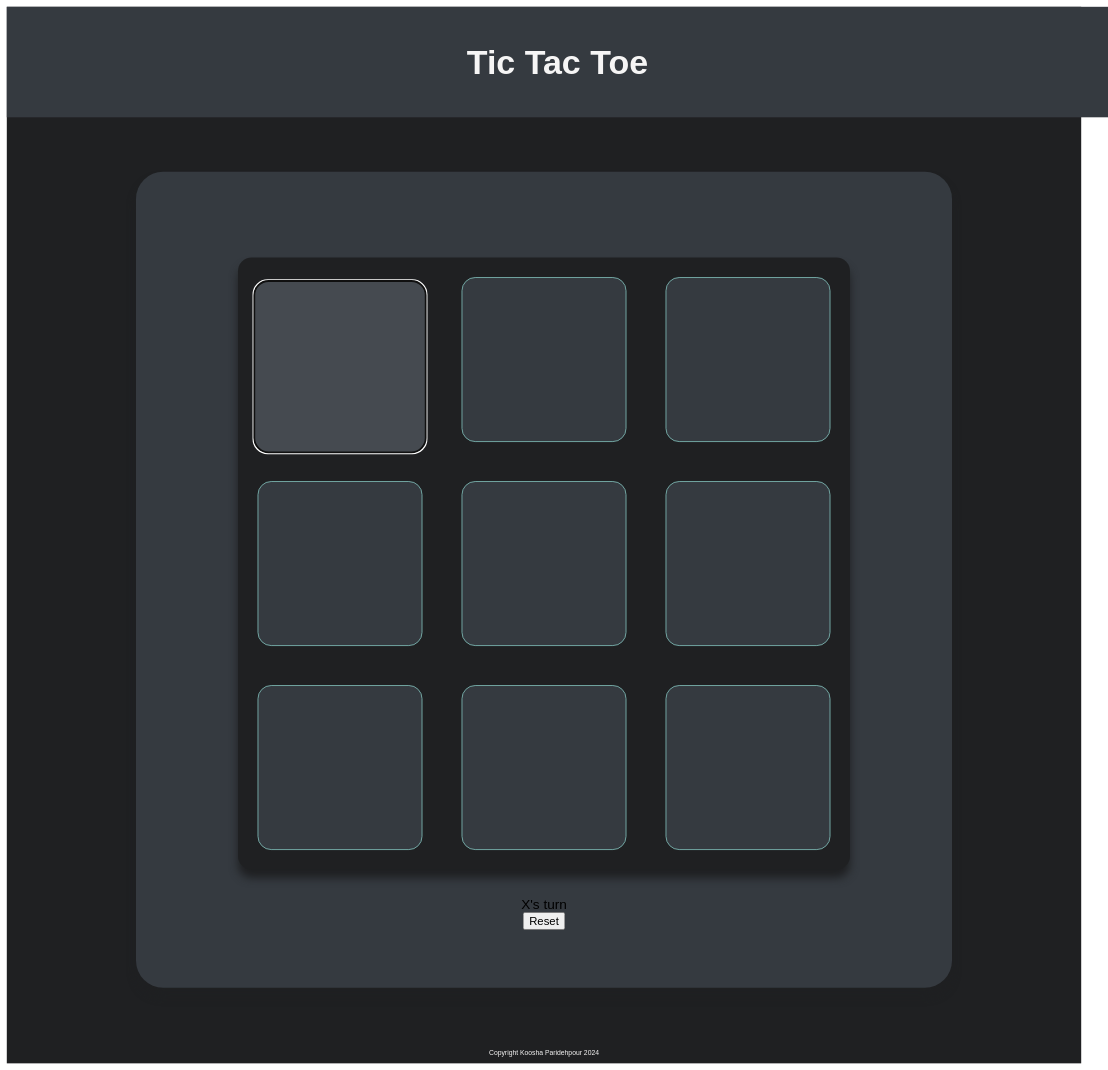
Repository: KooshaPari/odin-TTT
Page: index.html
The author's editor kept a copy of each file at every save. The page is drawn from the files as they stood at one save, then again after the next save.
The browser window is 1280 px wide. The page is 1304 px wide, so the pictures cover 1304 px, including what lies to the right of the window. The pictures show the whole page, at 85% of full size.
The first visible `.square` has the focus.

Above is the page before, as saved 2024-03-14 23:08:32.

### index.html
<!doctype html>
<html lang="en">
  <head>
    <meta charset="UTF-8" />

    <link rel="stylesheet" href="./style.css" />
    <meta name="viewport" content="width=device-width, initial-scale=1.0" />
    <title>Document</title>
  </head>
  <body>
    <div id="parent">
      <div id="header">
        <h1>Tic Tac Toe</h1>
      </div>
      <div id="body">
        <div id="game">
          <div id="board">
            <div class="square" id="0"></div>
            <div class="square" id="1"></div>
            <div class="square" id="2"></div>
            <div class="square" id="3"></div>
            <div class="square" id="4"></div>
            <div class="square" id="5"></div>
            <div class="square" id="6"></div>
            <div class="square" id="7"></div>
            <div class="square" id="8"></div>
          </div>
          <div id="status">X's turn</div>
          <button id="reset">Reset</button>
        </div>
      </div>
      <div id="footer">
        <p>Copyright Koosha Paridehpour 2024</p>
      </div>
    </div>
  </body>
</html>

### style.css
* {
  font-family: sans-serif;
}
#parent {
  background-color: #1f2022;
  width: 100%;
  height: 100%;
}
#header {
  background-color: #353a40;
  padding: 1.25%;
  width: 100%;
  height: 100%;
}
#header h1 {
  color: #f6f5f5;

  font-size: 2.5em;
}
#footer p {
  color: #f6f5f5;
  font-size: 0.5em;
}

#header,
#footer,
#body {
  display: flex;
  align-items: center;
  justify-content: center;
}
#title {
  color: #f6f5f5;
}
#body {
  flex-direction: column;
}
#game {
  transition: 2.5s ease-in-out;
  display: flex;
  flex-direction: column;
  justify-content: center;
  align-items: center;
  background-color: #353a40;
  border-radius: 2em;
  margin: 5vw;
  box-shadow: 0px 10px 10px #1f2022;
  width: 75vw;
  height: 75vw;
  -webkit-border-radius: 2em;
  -moz-border-radius: 2em;
  -ms-border-radius: 2em;
  -o-border-radius: 2em;
  -webkit-transition: 2.5s ease-in-out;
  -moz-transition: 2.5s ease-in-out;
  -ms-transition: 2.5s ease-in-out;
  -o-transition: 2.5s ease-in-out;
}
#board {
  display: grid;
  grid-template-columns: 1fr 1fr 1fr;
  width: 75%;
  transition: 1s ease-in-out;
  height: 75%;
  background-color: #1f2022;
  border-radius: 1em;
  margin: 2em;

  align-items: center;
  justify-content: center;
  box-shadow: 0px 10px 10px #1f2022;
  -webkit-border-radius: 1em;
  -moz-border-radius: 1em;
  -ms-border-radius: 1em;
  -o-border-radius: 1em;
  -webkit-transition: 1s ease-in-out;
  -moz-transition: 1s ease-in-out;
  -ms-transition: 1s ease-in-out;
  -o-transition: 1s ease-in-out;
}
#board:hover {
  transform: scale(1.025) translate(0, -1em);
  transition: 0.5s ease-in-out;
  -webkit-transform: scale(1.025) translate(0, -1em);
  -moz-transform: scale(1.025) translate(0, -1em);
  -ms-transform: scale(1.025) translate(0, -1em);
  -o-transform: scale(1.025) translate(0, -1em);
  -webkit-transition: 0.5s ease-in-out;
  -moz-transition: 0.5s ease-in-out;
  -ms-transition: 0.5s ease-in-out;
  -o-transition: 0.5s ease-in-out;
}
#game:hover {
  transform: scale(1.05) translate(0, -0.5em);
  transition: 10s ease-in-out;
  -webkit-transform: scale(1.05) translate(0, -0.5em);
  -moz-transform: scale(1.05) translate(0, -0.5em);
  -ms-transform: scale(1.05) translate(0, -0.5em);
  -o-transform: scale(1.05) translate(0, -0.5em);
  -webkit-transition: 10s ease-in-out;
  -moz-transition: 10s ease-in-out;
  -ms-transition: 10s ease-in-out;
  -o-transition: 10s ease-in-out;
}
.square {
  transition 0.4s ease-in-out;
  justify-self: center;
  border: 0.1px solid #7ebab5;
  width: 80%;
  flex: 0;
  border-radius: 1em;
  height: 80%;
  background-color: #353a40;
  text-align: center;
  justify-content: center;
  display: flex;
  cursor: pointer;
  align-items: center;
  white-space: nowrap;
}
.square p {
  font-size: 4em;
  color: #7ebab5;
  font-weight: bold;
  overflow: hidden;
  align-self: center;
  justify-self: center;
  text-align: center;
  padding: 0;
  margin: 0;
  display: inline;
}
.square:hover {
  transform: scale(1.05) translate(0, -0.5em);
  background-color: #454a50;
  transition 0.4s ease-in-out;
  -webkit-transform: scale(1.05) translate(0, -0.5em);
  -moz-transform: scale(1.05) translate(0, -0.5em);
  -ms-transform: scale(1.05) translate(0, -0.5em);
  -o-transform: scale(1.05) translate(0, -0.5em);
}
.square:focus {
  transform: scale(1.05) translate(0, 0.5em);
  background-color: #454a50;
    transition 0.2s ease-in-out:;
  -webkit-transform: scale(1.05) translate(0, 0.5em);
  -moz-transform: scale(1.05) translate(0, 0.5em);
  -ms-transform: scale(1.05) translate(0, 0.5em);
  -o-transform: scale(1.05) translate(0, 0.5em);
}

After the next save:
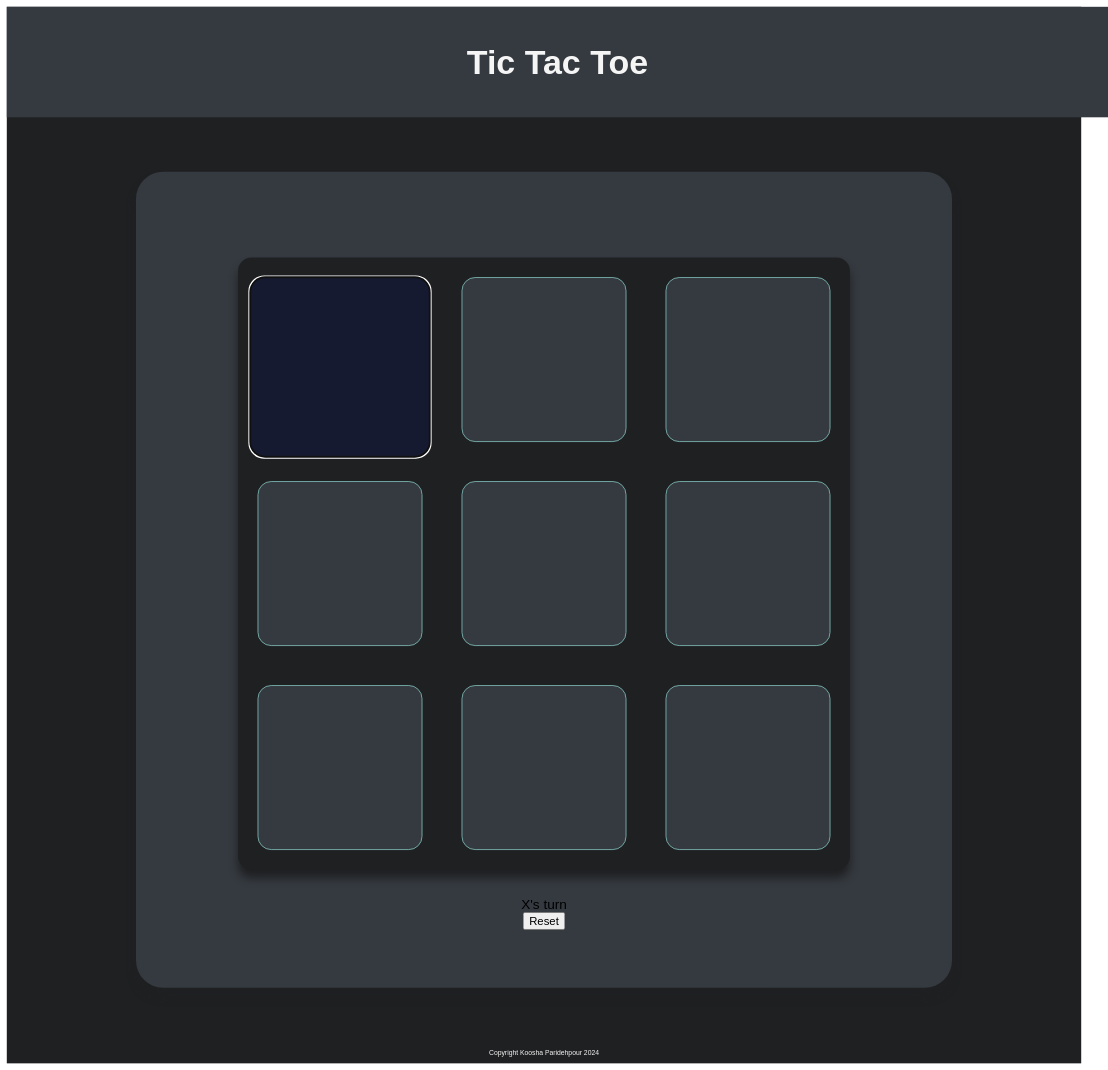
Saved 15 s later.
--- a/style.css
+++ b/style.css
@@ -140,11 +140,11 @@
   -o-transform: scale(1.05) translate(0, -0.5em);
 }
 .square:focus {
-  transform: scale(1.05) translate(0, 0.5em);
-  background-color: #454a50;
-    transition 0.2s ease-in-out:;
-  -webkit-transform: scale(1.05) translate(0, 0.5em);
-  -moz-transform: scale(1.05) translate(0, 0.5em);
-  -ms-transform: scale(1.05) translate(0, 0.5em);
-  -o-transform: scale(1.05) translate(0, 0.5em);
+  transform: scale(1.1) translate(0, 0.5em);
+  background-color: #151a30;
+  transition0.2sease-in-out:;
+  -webkit-transform: scale(1.1) translate(0, 0.5em);
+  -moz-transform: scale(1.1) translate(0, 0.5em);
+  -ms-transform: scale(1.1) translate(0, 0.5em);
+  -o-transform: scale(1.1) translate(0, 0.5em);
 }
